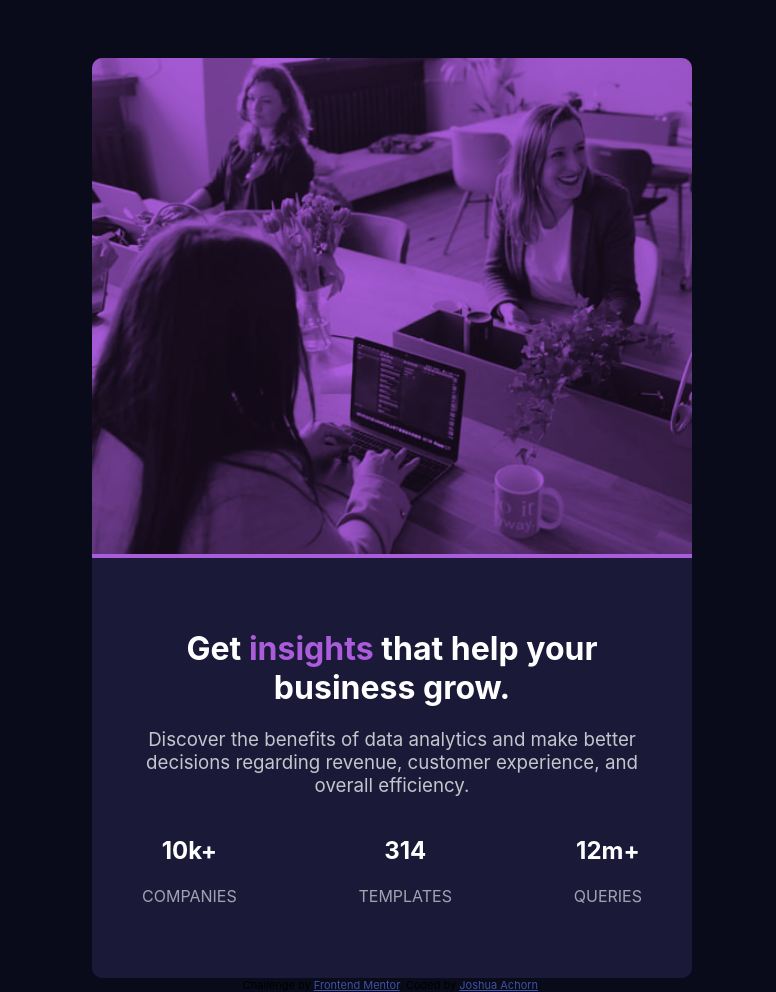
Repository: Achorn/stats-preview-card
Page: index.html
These files come from the project's save history. The page is drawn as it stood at one moment and after the next save; the edit follows.
The browser window is 768 px wide. The page is 776 px wide, so the pictures cover 776 px, including what lies to the right of the window. The pictures show the whole page.
Some web fonts or font styles are not loaded; a fallback is used.

Above is the page before, as saved 2021-06-17 08:48:24.

### index.html
<!DOCTYPE html>
<html lang="en">
  <head>
    <meta charset="UTF-8" />
    <meta name="viewport" content="width=device-width, initial-scale=1.0" />
    <!-- displays site properly based on user's device -->
    <link rel="stylesheet" href="https://fonts.google.com/specimen/Inter" />
    <link
      rel="stylesheet"
      href="https://fonts.google.com/specimen/Lexend+Deca"
    />

    <link rel="stylesheet" href="styles.css" />
    <link
      rel="icon"
      type="image/png"
      sizes="32x32"
      href="./images/favicon-32x32.png"
    />

    <title>Frontend Mentor | Stats preview card component</title>

    <!-- Feel free to remove these styles or customise in your own stylesheet 👍 -->
    <style>
      .attribution {
        font-size: 11px;
        text-align: center;
      }
      .attribution a {
        color: hsl(228, 45%, 44%);
      }
    </style>
  </head>
  <body>
    <div id="card-container">
      <div id="text-container">
        <div id="title-container">
          <h1 id="title">
            Get <span style="color: hsl(277, 64%, 61%)">insights</span> that
            help your business grow.
          </h1>
          <h3 id="sub">
            Discover the benefits of data analytics and make better decisions
            regarding revenue, customer experience, and overall efficiency.
          </h3>
        </div>

        <div id="desc-container">
          <div id="desc">
            <h2>10k+</h2>
            <h4 id="stat">companies</h4>
          </div>
          <div id="desc">
            <h2>314</h2>
            <h4 id="stat">templates</h4>
          </div>
          <div id="desc">
            <h2>12m+</h2>
            <h4 id="stat">queries</h4>
          </div>
        </div>
      </div>
      <div id="img-container">
        <img id="stat-image" src="./images/image-header-desktop.jpg" alt="" />
      </div>
    </div>
    <div class="attribution">
      Challenge by
      <a href="https://www.frontendmentor.io?ref=challenge" target="_blank"
        >Frontend Mentor</a
      >. Coded by <a href="#">Joshua Achorn</a>.
    </div>
  </body>
</html>

### styles.css
body {
  padding-top: 50px;
  width: 100%;
  /* background-color: white; */
  font-family: "Inter", sans-serif;
  background-color: hsl(233, 47%, 7%);
  height: 100vh;
  /* display: flex;
  flex-direction: column;
  justify-content: center;
  align-items: center; */
  text-align: center;
}

#card-container {
  text-align: left;
  margin: 0 auto;
  overflow: hidden;
  border-radius: 10px;
  width: 90%;
  max-width: 1100px;
  color: white;
  background-color: hsl(244, 38%, 16%);
  display: flex;
}

#text-container {
  padding: 50px;
}
#sub {
  color: hsla(0, 0%, 100%, 0.75);
  font-weight: normal;
}
#desc-container {
  display: flex;
  justify-content: space-between;
  flex-wrap: wrap;
}

#stat {
  color: hsla(0, 0%, 100%, 0.6);
  font-weight: normal;
  text-transform: uppercase;
}
#img-container {
  height: auto;
  background: hsl(277, 64%, 61%);
  /* margin: 0px; */
  /* display: inline-block; */
}
img {
  background: hsl(277, 64%, 61%);

  width: auto;
  height: 100%;
  opacity: 0.9;
  mix-blend-mode: multiply;
}

@media screen and (max-width: 1000px) {
  #card-container {
    max-width: 600px;
    text-align: center;
    width: 90%;
    flex-direction: column-reverse;
  }
  img {
    width: 100%;
    height: auto;
  }
}

@media screen and (max-width: 500px) {
  #desc-container {
    flex-direction: column;
    justify-content: center;
  }
}

After the next save:
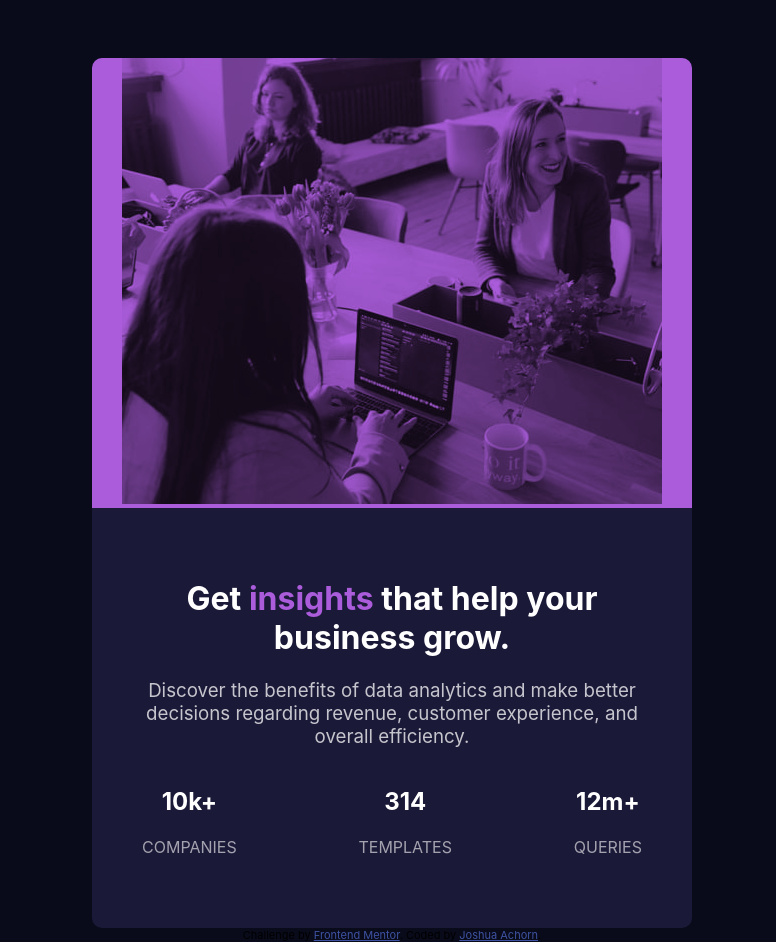
Saved 31 s later.
--- a/styles.css
+++ b/styles.css
@@ -43,7 +43,6 @@
   text-transform: uppercase;
 }
 #img-container {
-  height: auto;
   background: hsl(277, 64%, 61%);
   /* margin: 0px; */
   /* display: inline-block; */
@@ -65,8 +64,8 @@
     flex-direction: column-reverse;
   }
   img {
-    width: 100%;
-    height: auto;
+    max-width: 100%;
+    max-height: 100%;
   }
 }
 

After the save that followed:
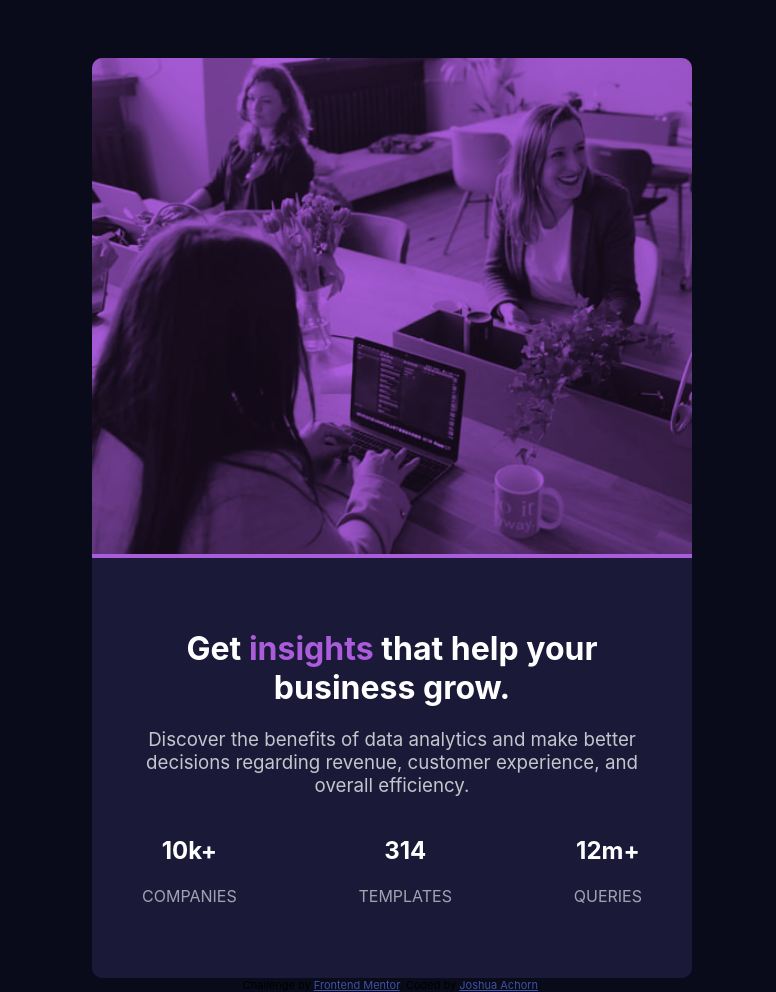
Saved 17 s later.
--- a/styles.css
+++ b/styles.css
@@ -64,6 +64,7 @@
     flex-direction: column-reverse;
   }
   img {
+    width: 100%;
     max-width: 100%;
     max-height: 100%;
   }
